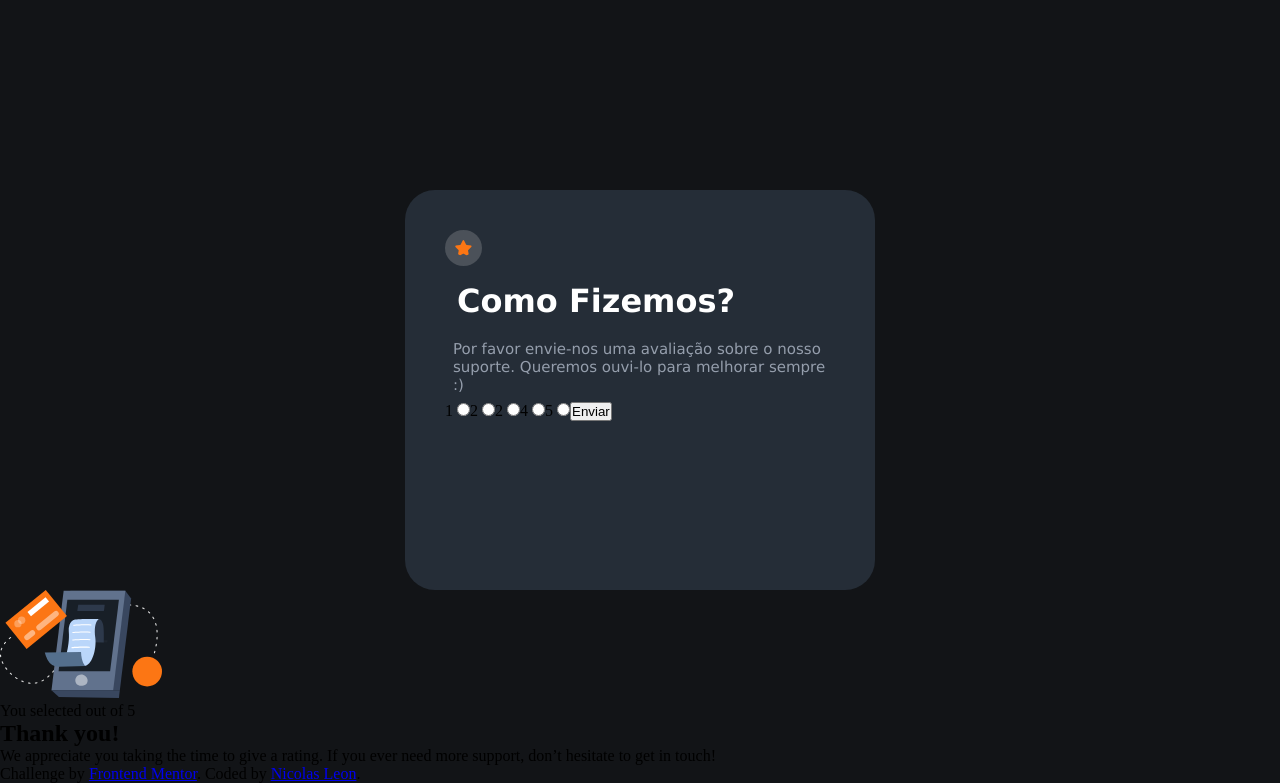
Repository: Leonngc/projeto-avaliacao
Page: index.html
These files come from the project's save history. The page is drawn as it stood at one moment and after a run of saves; the edit follows.
The browser window is 1280 px wide. The pictures show the whole page.

Above is the page before, as saved 2023-01-29 20:01:09.
Console error: SyntaxError: Unexpected token ')'

After the next 2 saves:
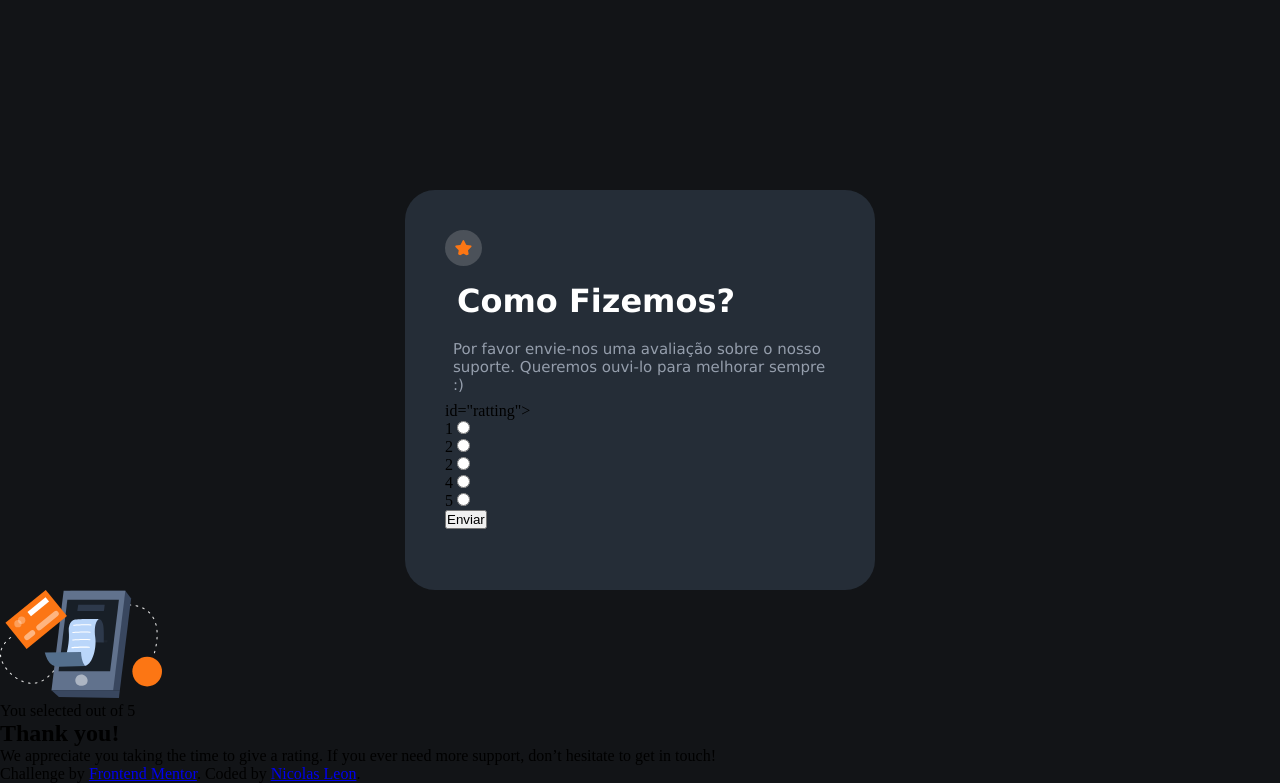
The 2 saves are shown as one change because they came seconds apart.
The last was saved 18 s later.
--- a/index.html
+++ b/index.html
@@ -20,7 +20,7 @@
           <h1>Como Fizemos?</h1>
           <p>Por favor envie-nos uma avaliação sobre o nosso suporte. Queremos ouvi-lo para melhorar sempre :)</p>
         </div>
-        <div id="ratting">
+        <form action=""></form> id="ratting">
           <div>
             <label for="ratting-one">1</label> <input type="radio" class="ratting-btn" id="ratting-one" name="ratting">
           </div>

After the 3 saves that followed:
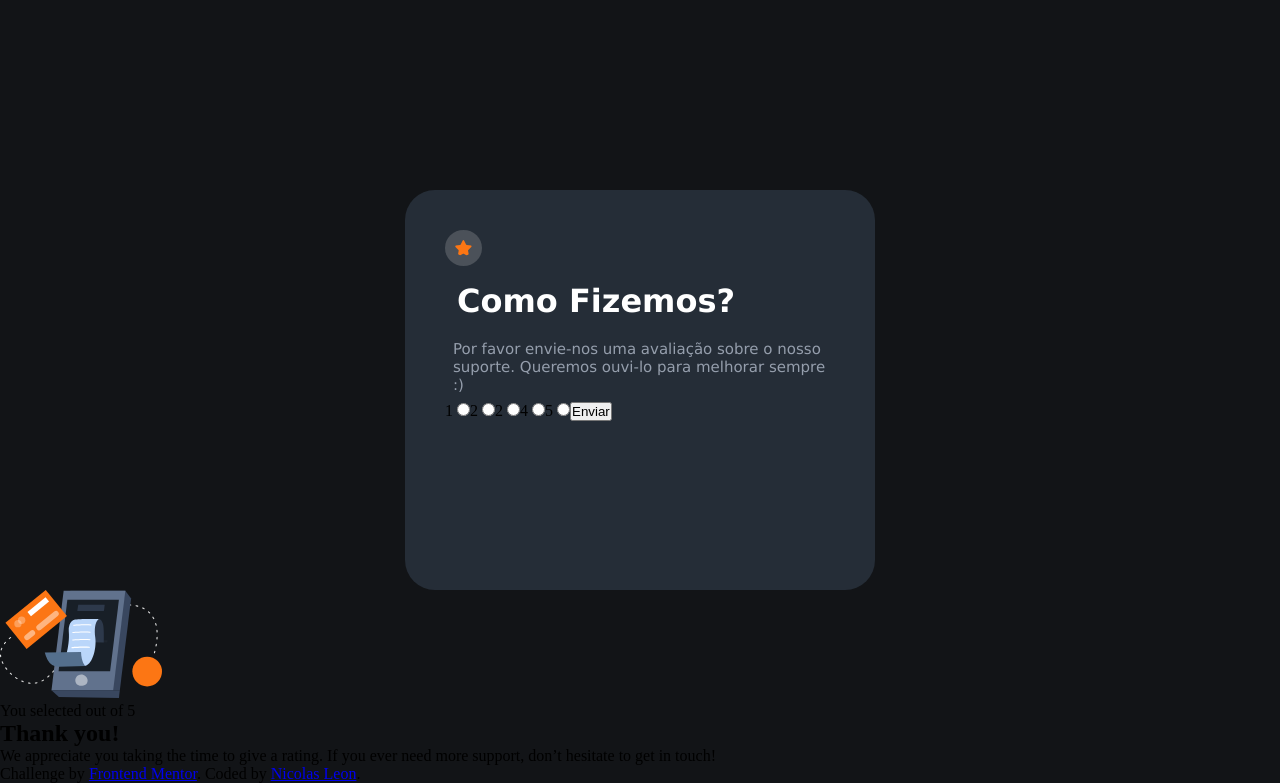
The 3 saves are shown as one change because they came seconds apart.
The last was saved 8 s later.
--- a/index.html
+++ b/index.html
@@ -20,7 +20,7 @@
           <h1>Como Fizemos?</h1>
           <p>Por favor envie-nos uma avaliação sobre o nosso suporte. Queremos ouvi-lo para melhorar sempre :)</p>
         </div>
-        <form action=""></form> id="ratting">
+        <form id="ratting">
           <div>
             <label for="ratting-one">1</label> <input type="radio" class="ratting-btn" id="ratting-one" name="ratting">
           </div>
